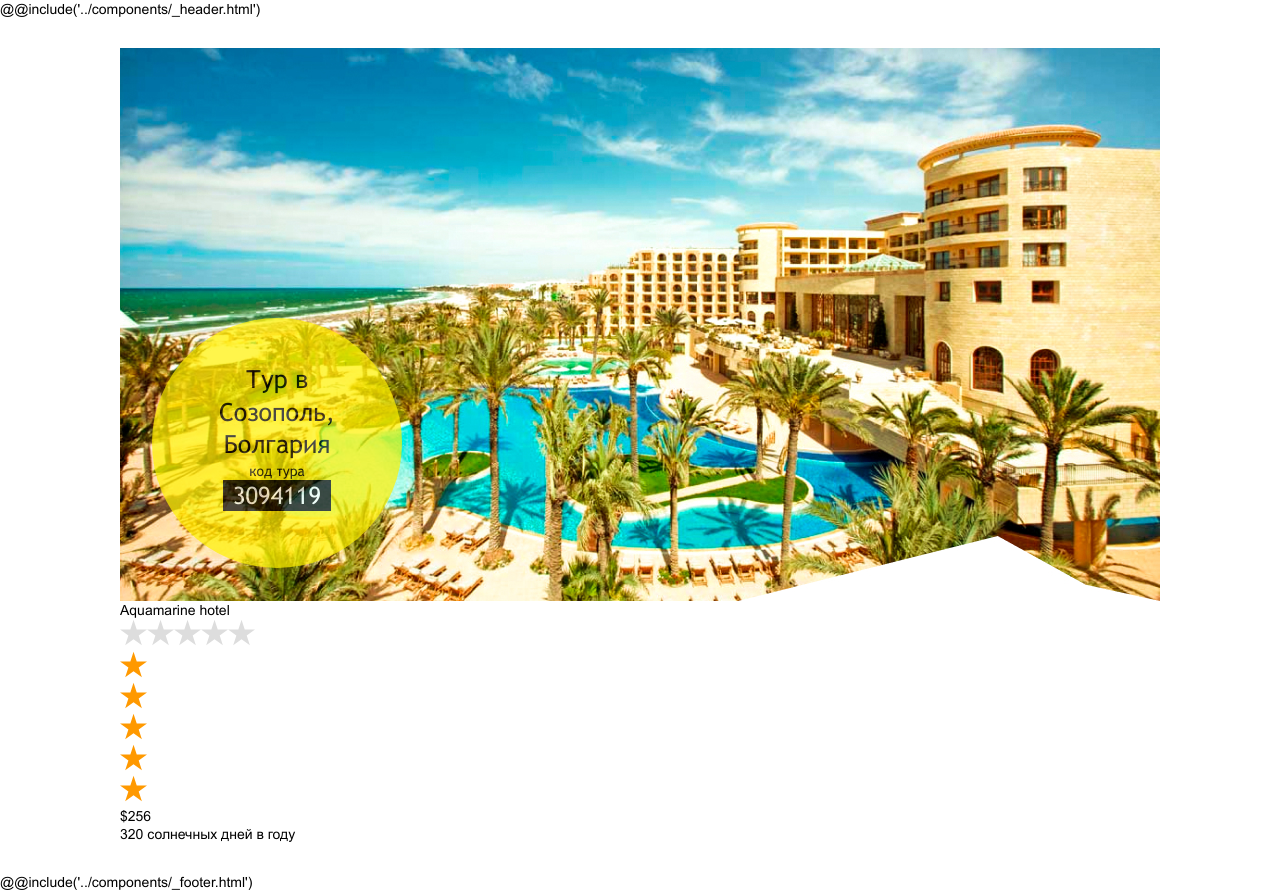
Repository: chekhunov/suntour
Page: app/html/pages/index.html
An editor plug-in stored every save of this project. The page is shown before and after the next save, followed by the edit.
The browser window is 1280 px wide. The pictures show the whole page.
Some web fonts or font styles are not loaded; a fallback is used. The style sheet was rebuilt from its Sass, Less or Tailwind sources for each picture, by a compiler version that may differ from the author's.

Above is the page before, as saved 2021-03-04 13:28:26.

### app/html/pages/index.html
<!DOCTYPE html>
<html lang="en">

<head>
  <meta charset="UTF-8">
  <meta name="viewport" content="width=device-width, initial-scale=1.0">
  <title>SunTour</title>
  <link rel="stylesheet" href="css/style.min.css?v=0.1">
</head>

<body>

  @@include('../components/_header.html')

  <main class="main">

    <section class="content">

      <div class="container">

        <article class="card-hotel" href="#">

          <div class="card-hotel__image" style="background-image: url('images/content/card-hotelbg.jpg');">

            <div class="card-hotel__box">

              <div class="card-hotel__tour">

                <span class="card-hotel__title-tour">
                  Тур в Созополь, Болгария
                </span>

                <div class="card-hotel__code-tour">

                  код тура

                  <span class="card-hotel__code">

                    3094119

                  </span>

                </div>

              </div>

            </div>

          </div>

          <div class="card-hotel__content">

            <div class="card-hotel__item">

              <span class="card-hotel__title">

                Aquamarine hotel

              </span>

              <div class="star"></div>

              <span class="price">

                $256

              </span>

            </div>

            <div class="card-hotel__item">



            </div>

            <div class="card-hotel__sunday">

              <span class="card-hotel__day">

                320

              </span>

              солнечных дней в году

            </div>

          </div>


        </article>

      </div>

    </section>

  </main>

  @@include('../components/_footer.html')

  <script src="js/main.min.js"></script>

</body>

</html>

### app/scss/style.scss
@import 'vars';  //переменные для цвета для шрифта
@import 'fonts'; // подключение шрифтов
@import 'reset'; //сброс всех стилей
@import 'global'; // подключение глобальных стилей типо reset.css, то что на body для сылок
// @import 'media'; // адаптив
@import "mixins";

@import "components/header";
@import "components/card-hotel";
@import "home/home";

### app/scss/_vars.scss

%arial-400 {
  font-family: "Arial-Regular", sans-serif;
  font-weight: 400;
}

%arial-700 {
  font-family: "Arial-bold", sans-serif;
  font-weight: 700;
}

%trebuchetMS-700 {
  font-family: "TrebuchetMS-bold", sans-serif;
  font-weight: 700;
}

### app/scss/_fonts.scss
@font-face {
  font-family: "Arial-regular";
  font-weight: 400;
  font-style: normal;
  src: url("../fonts/Arial.woff2") format("woff2"),
    url("../fonts/Arial.woff") format("woff");
  font-display: swap; //самое оптимальное для пользователя при прогрузке шрифтов
}

@font-face {
  font-family: "Arial-bold";
  font-weight: 700;
  font-style: normal;
  src: url("../fonts/Arial.woff2") format("woff2"),
    url("../fonts/Arial.woff") format("woff");
  font-display: swap; //самое оптимальное для пользователя при прогрузке шрифтов
}

@font-face {
  font-family: "TrebuchetMS-bold";
  font-weight: 700;
  font-style: normal;
  src: url("../fonts/TrebuchetMS.woff2") format("woff2"),
    url("../fonts/TrebuchetMS.woff") format("woff");
  font-display: swap; //самое оптимальное для пользователя при прогрузке шрифтов
}

### app/scss/_reset.scss
/* Указываем box sizing */
/* плавный скроллинг по сайту */
/* scroll-behavior: smooth;  */
html {
  box-sizing: border-box;
}

*,
*::after,
*::before {
  box-sizing: inherit;
}

// только у них будет padding 0 если класса у них нет тогда padding будет не 0
ul,
ol {
  padding: 0;
}

/* Убираем внешние отступы */
body,
h1,
h2,
h3,
h4,
p,
ul[class],
ol[class],
li,
figure,
figcaption,
blockquote{
  margin: 0;
}

/* Выставляем основные настройки по-умолчанию для body */
body {
  min-height: 100vh;
  scroll-behavior: smooth;
  text-rendering: optimizeSpeed;
  line-height: 1.3;
}

/* Удаляем стандартную стилизацию для всех ul и il, у которых есть атрибут class*/
ul,
ol{
  list-style: none;
}

a {
  text-decoration: none;
}

/* Элементы a, у которых нет класса, сбрасываем до дефолтных стилей */
a:not([class]) {
  text-decoration-skip-ink: auto;
}

/* Упрощаем работу с изображениями */
img {
  max-width: 100%;
  display: block;
}

/* Указываем понятную периодичность в потоке данных у article*/
// article > * + * {
//   margin-top: 1em;
// }

/* Наследуем шрифты для инпутов и кнопок */
input,
button,
textarea,
select {
  font: inherit;
}

/* Удаляем все анимации и переходы для людей, которые предпочитай их не использовать */
@media (prefers-reduced-motion: reduce) {
  * {
    animation-duration: 0.01ms !important;
    animation-iteration-count: 1 !important;
    transition-duration: 0.01ms !important;
    scroll-behavior: auto !important;
  }
}

address {
  font-style: normal;
}

### app/scss/_global.scss
@import "mixins";

html,
body {
  height: 100%;
}

body {
  display: flex;
  flex-direction: column;
  font-size: 14px;
  color: black;
  background-color: white;
  @extend %arial-400;
}

// main {
//   @include _1200 {
//     position: relative;
//     transition: 0.5s;
//     z-index: 0;

//     &.main--active {
//       transform: translateX(-20%);
//     }
//   }

//   @include _560 {
//     top: 0;
//     &.main--active {
//       transform: translateX(-30%);
//     }
//   }
// }

.container {
  max-width: 1070px;
  margin: 0 auto;
  padding: 0 15px;
}

.main {
  flex-grow: 1;
}

a,
button {
  outline: transparent;
  cursor: pointer;
}

.uppercase {
  text-transform: uppercase;
}

.logo {
  &__img {
    max-width: 179px;
    max-height: 44px;
    object-fit: cover;
  }
}

### app/scss/_mixins.scss

@mixin _1500 {
  @media (max-width: 1500px) {
    @content;
  }
}

@mixin _1200 {
  @media (max-width: 1200px) {
    @content;
  }
}


@mixin _1024 {
  @media (max-width: 1024px) {
    @content;
  }
}

@mixin _860 {
  @media (max-width: 860px) {
    @content;
  }
}

@mixin _768 {
  @media (max-width: 768px) {
    @content;
  }
}


@mixin _560 {
  @media (max-width: 560px) {
    @content;
  }
}

@mixin _425 {
  @media (max-width: 425px) {
    @content;
  }
}

### app/scss/components/_header.scss
.header {
  width: 100%;
  height: 104px;
  padding: 30px 0;
  background-color: #00BFF3;
}

### app/scss/components/_card-hotel.scss
.card-hotel {
  &__image {
    max-width: 1040px;
    min-height: 553px;
    display: flex;
    justify-content: left;
    align-items: flex-end;
    background-repeat: no-repeat;
    background-position: top center;
    background-size: cover;
    object-fit: cover;
  }

  &__box {
    width: 250px;
    height: 250px;
    margin-left: 32px;
    margin-bottom: 33px;
    padding: 45px 0;
    display: flex;
    justify-content: center;
    align-items: center;
    background-color: #FFF200;
    opacity: 0.7;
    border-radius: 150px;
  }

  &__tour {
    width: 169px;
    height: 158px;
    font-size: 25px;
    text-align: center;
    @extend %trebuchetMS-700;
  }

  &__code-tour {
    display: flex;
    flex-direction: column;
    align-items: center;
    font-size: 14px;
  }

  &__code {
    width: 108px;
    height: 31px;
    font-size: 24px;
    background-color: black;
    color: white;
  }
}

### app/scss/home/_home.scss
@import "home/content";

### app/scss/home/_content.scss

.content {
  padding: 30px 0;
}

Loaded but not shown: app/js/main.min.js (library)

After the next save:
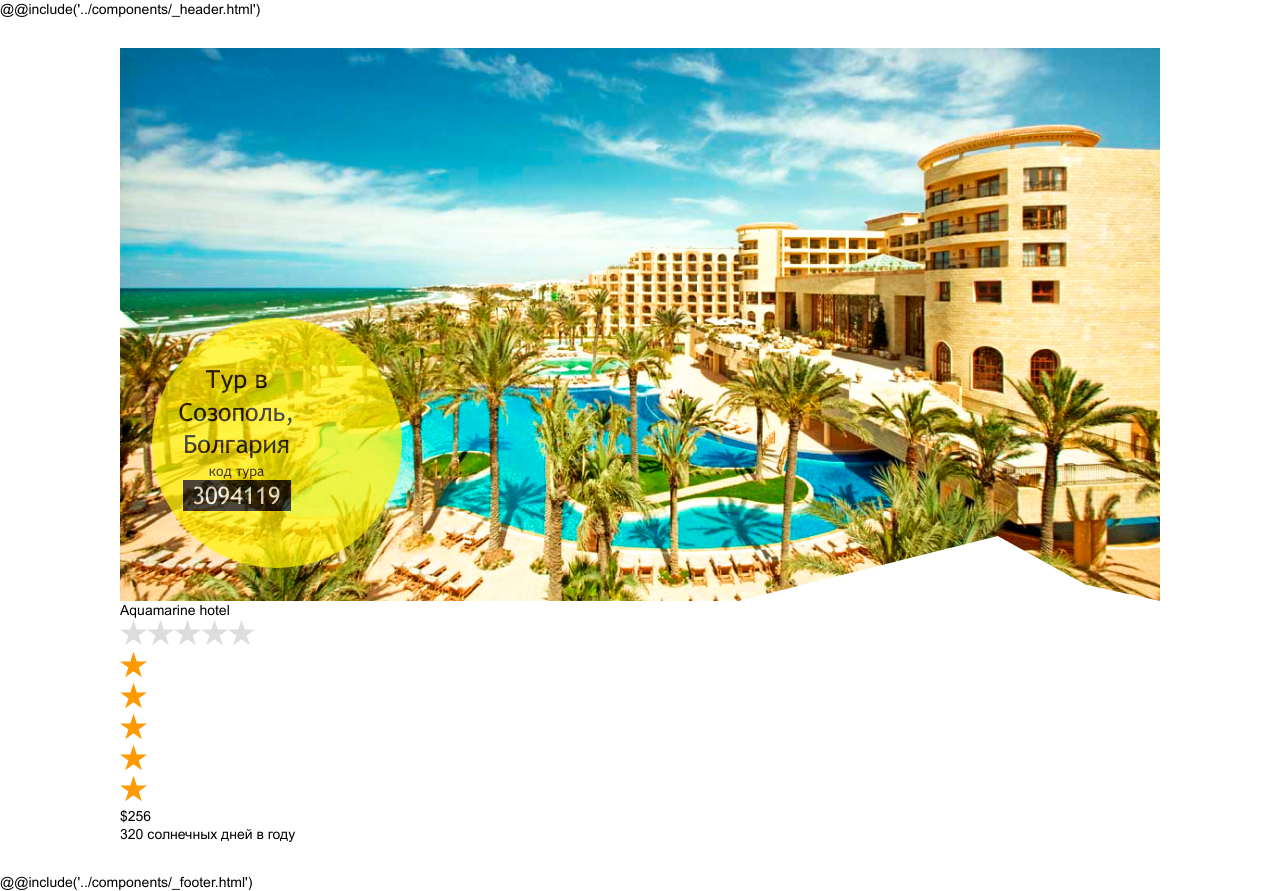
Saved 87 s later.
--- a/app/scss/components/_card-hotel.scss
+++ b/app/scss/components/_card-hotel.scss
@@ -18,7 +18,7 @@
     margin-bottom: 33px;
     padding: 45px 0;
     display: flex;
-    justify-content: center;
+    justify-content: space-between;
     align-items: center;
     background-color: #FFF200;
     opacity: 0.7;

After the save that followed:
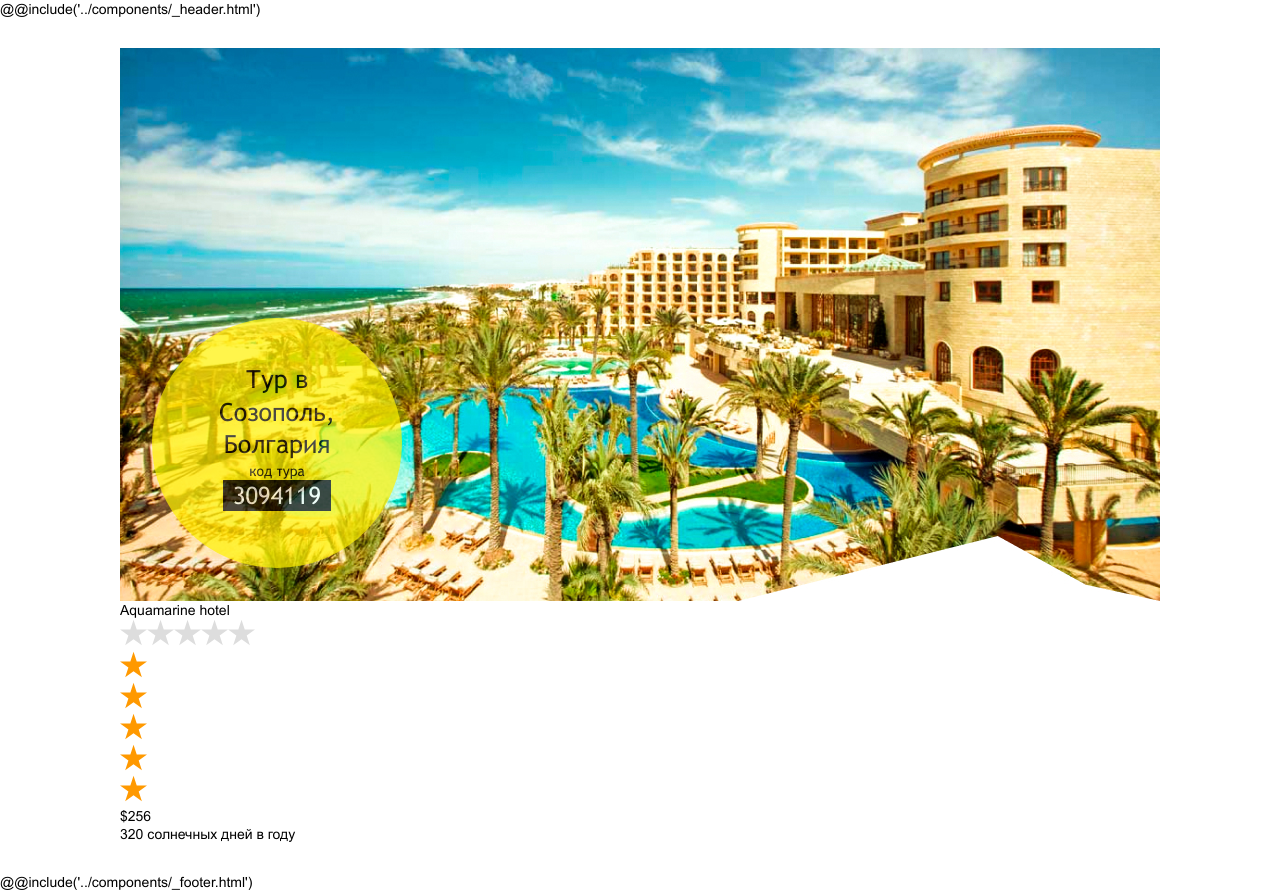
Saved 29 s later.
--- a/app/scss/components/_card-hotel.scss
+++ b/app/scss/components/_card-hotel.scss
@@ -18,7 +18,7 @@
     margin-bottom: 33px;
     padding: 45px 0;
     display: flex;
-    justify-content: space-between;
+    justify-content: center;
     align-items: center;
     background-color: #FFF200;
     opacity: 0.7;
